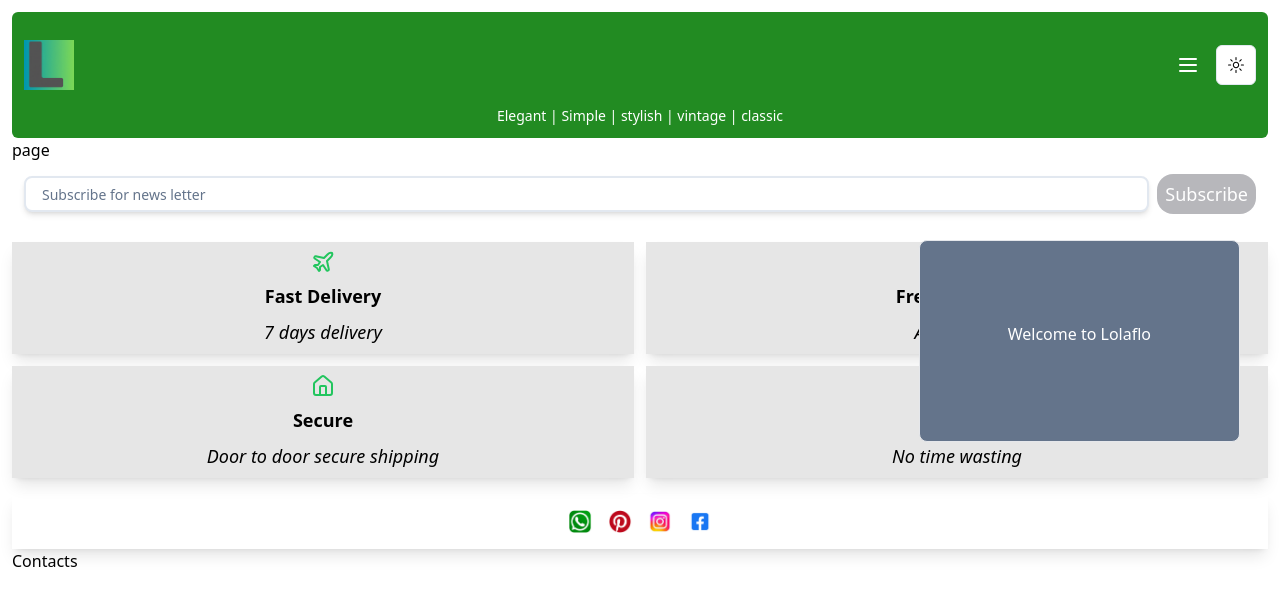
Repository: Semanmernstack/bisi-abejide
Page: /bb
An editor plug-in stored every save of this project. The page is shown before and after the next save, followed by the edit.
The browser window is 1280 px wide. The pictures show the whole page.
The project was rebuilt for these pictures with package versions that can differ from the ones it lists, and the page was loaded fresh each time. The framework's server and built-in components were replaced by stand-ins that run in the browser. Also part of the build but not shown: next.config.mjs.

Above is the page before, as saved 2024-04-19 08:45:52.

After the next save:
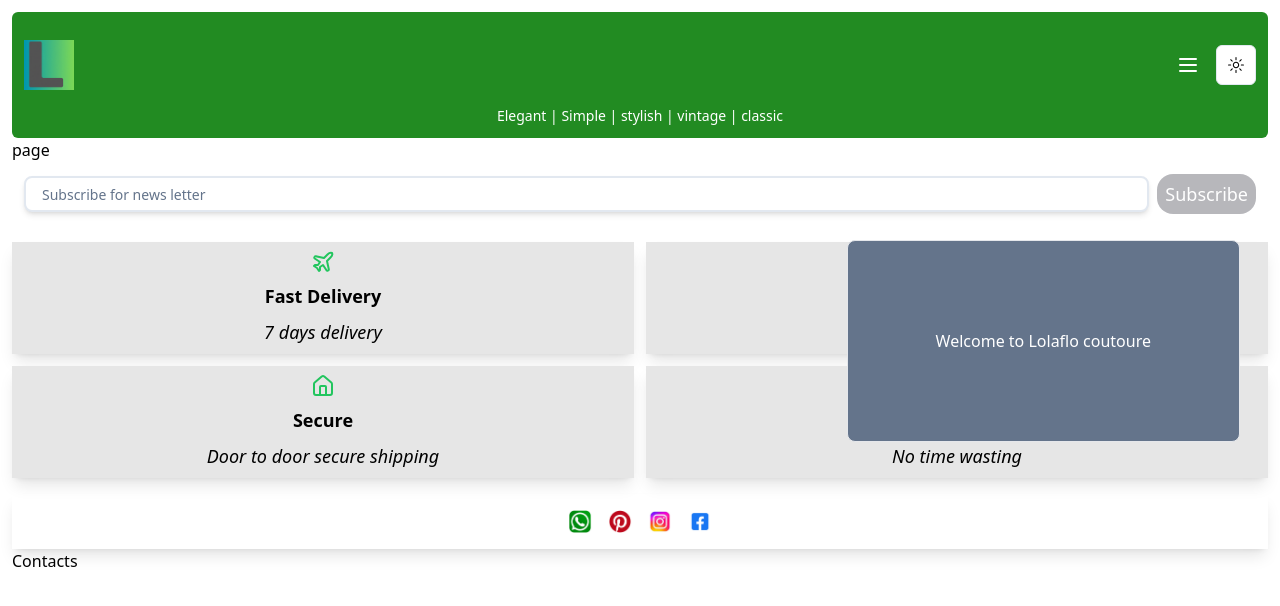
Saved 39 s later.
--- a/components/Ai.tsx
+++ b/components/Ai.tsx
@@ -15,9 +15,9 @@ function Ai() {
   return (
 
 
-  <div className=' flex max-w-2xl mx-auto p-10 lg:p-20  animate-bounce' >
+  <div className=' flex max-w-2xl mx-auto p-10 lg:p-20  ' >
 
-  <Popup trigger={<button>Welcome to Lolaflo</button>} position="left center">
+  <Popup trigger={<button>Welcome to Lolaflo coutoure</button>} position="left center">
     <div>Lolaflo mission is to build.... </div>
   </Popup>
 
